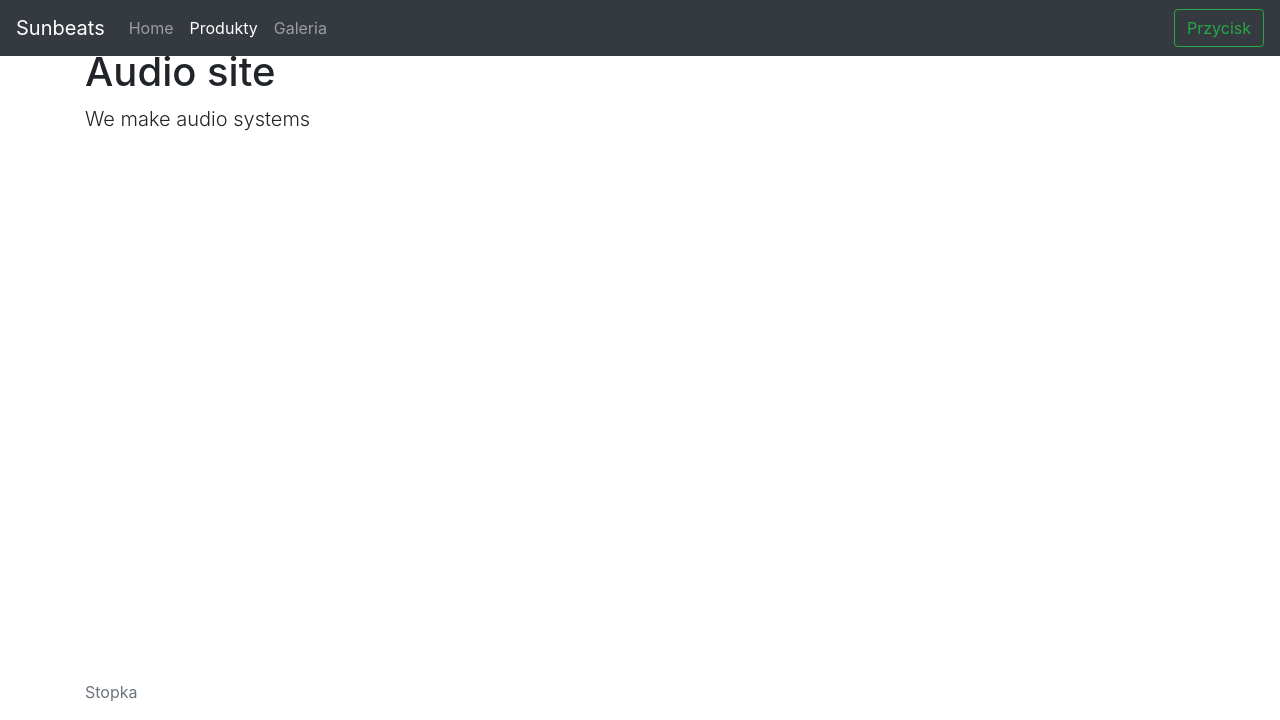
Repository: Audio-site/sunbeats
Page: products.html
These files come from the project's save history. The page is drawn as it stood at one moment and after the next save; the edit follows.
The browser window is 1280 px wide. The pictures show the whole page.

Above is the page before, as saved 2020-08-25 00:32:12.

After the next save:
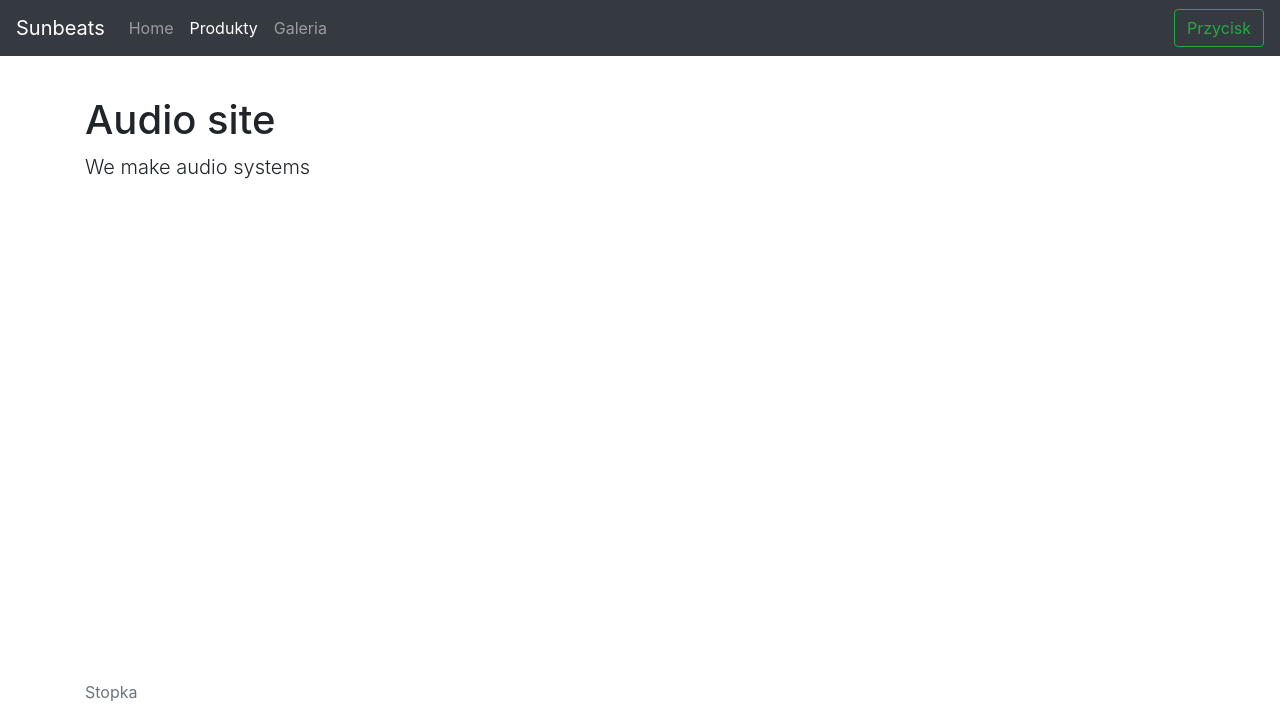
Saved 25 s later.
--- a/products.html
+++ b/products.html
@@ -42,7 +42,7 @@
 <!-- Begin page content -->
 <main role="main" class="flex-shrink-0">
   <div class="container">
-    <h1 class="pt-5">Audio site</h1>
+    <h1 class="pt-5 mt-5">Audio site</h1>
     <p class="lead">We make audio systems</p>
   </div>
 </main>
